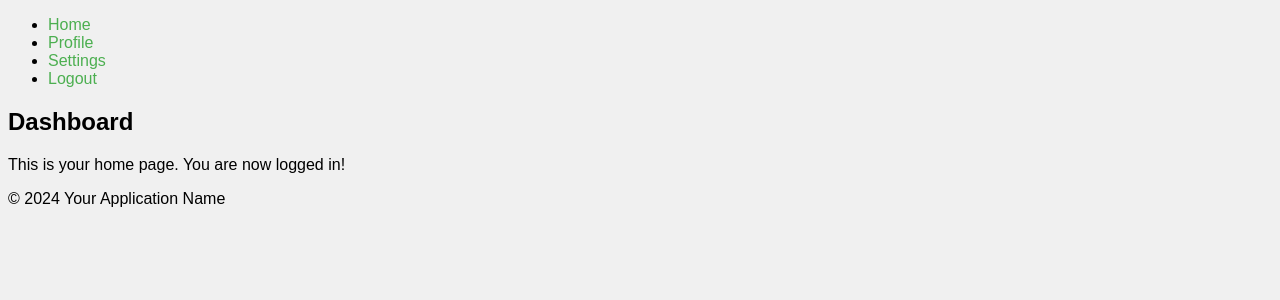
Repository: SriramulaNamithaReddy/Internship_projects
Page: http://localhost/home
An editor plug-in stored every save of this project. The page is shown before and after the next save, followed by the edit.
The browser window is 1280 px wide. The pictures show the whole page.
The page is this project's Thymeleaf template; nobody is signed in. The template is opened directly, without the code that normally fills it, so the values that code supplies are empty.

Above is the page before, as saved 2024-10-12 06:57:40.

### SecureUserAuthentication/src/main/resources/templates/home.html
<!DOCTYPE html>
<html xmlns:th="http://www.thymeleaf.org">
<head>
    <meta charset="UTF-8">
    <title>Home Page</title>
    <style>
        body { font-family: Arial, sans-serif; background-color: #f0f0f0; }
        .container { width: 400px; margin: 100px auto; padding: 20px; background: white; border-radius: 8px; text-align: center; box-shadow: 0 0 10px rgba(0, 0, 0, 0.1); }
        button { padding: 10px 20px; background: #4CAF50; color: white; border: none; cursor: pointer; }
        button:hover { background: #45a049; }
        a { text-decoration: none; color: #4CAF50; }
        a:hover { text-decoration: underline; }
    </style>
</head>
<body>


    <nav>
		<ul>
            <li><a th:href="@{/home}">Home</a></li>
            <li><a th:href="@{/profile}">Profile</a></li>
            <li><a th:href="@{/settings}">Settings</a></li>
            <li><a th:href="@{/logout}">Logout</a></li>
        </ul>
    </nav>

    <main>
        <h2>Dashboard</h2>
        <p>This is your home page. You are now logged in!</p>
    </main>

    <footer>
        <p>&copy; 2024 Your Application Name</p>
    </footer>
</body>
</html>

After the next save:
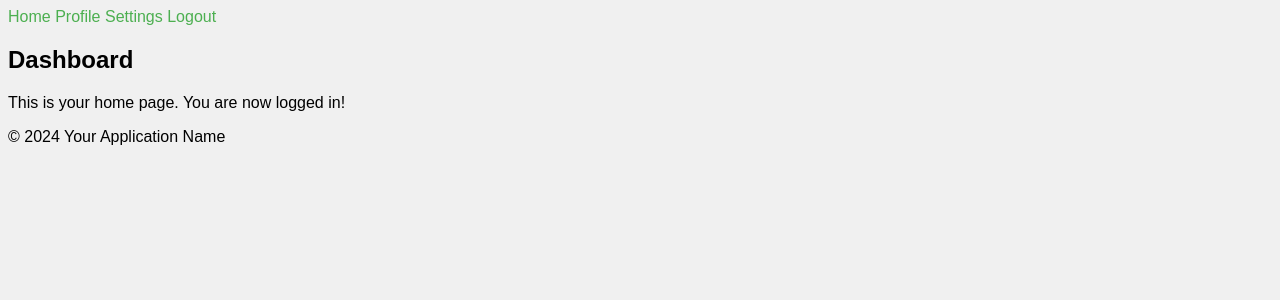
Saved 3 min 47 s later.
--- a/SecureUserAuthentication/src/main/resources/templates/home.html
+++ b/SecureUserAuthentication/src/main/resources/templates/home.html
@@ -16,12 +16,11 @@
 
 
     <nav>
-		<ul>
-            <li><a th:href="@{/home}">Home</a></li>
-            <li><a th:href="@{/profile}">Profile</a></li>
-            <li><a th:href="@{/settings}">Settings</a></li>
-            <li><a th:href="@{/logout}">Logout</a></li>
-        </ul>
+
+            <a th:href="@{/home}">Home</a>
+            <a th:href="@{/profile}">Profile</a>
+            <a th:href="@{/settings}">Settings</a>
+            <a th:href="@{/logout}">Logout</a>
     </nav>
 
     <main>
